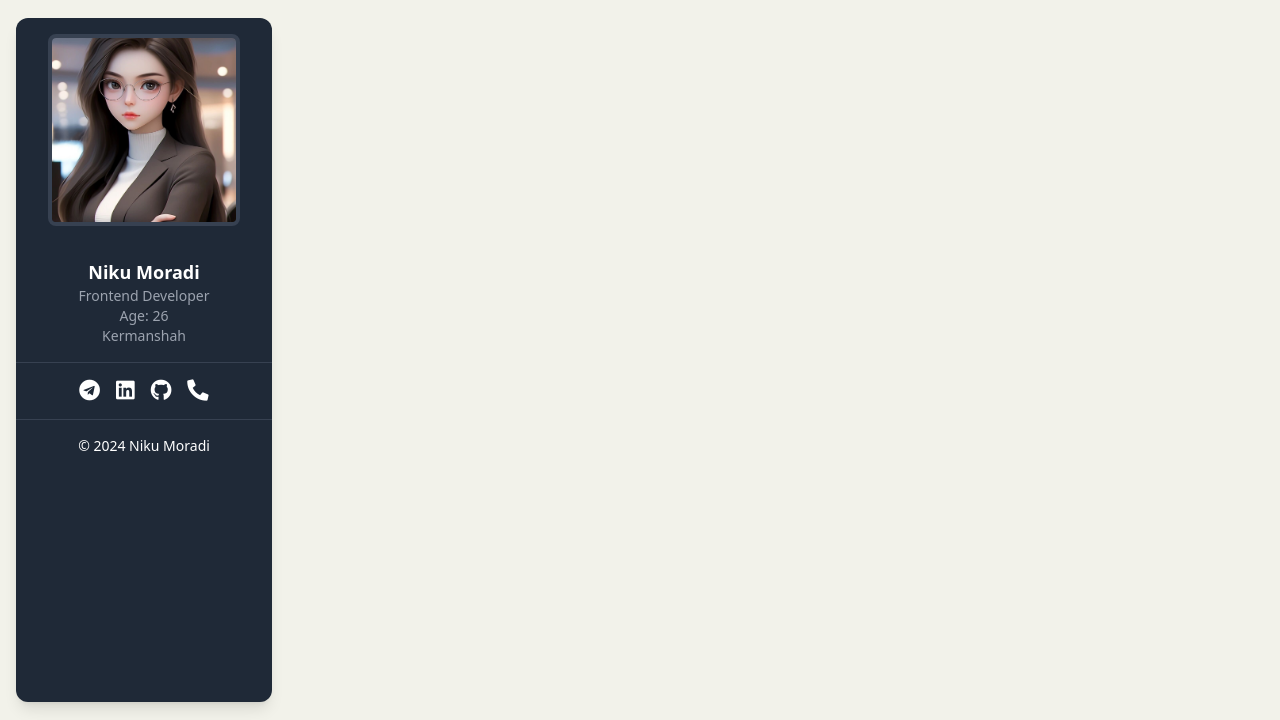
Repository: NikuMoradi/niku-moradi
Page: /About
The author's editor kept a copy of each file at every save. The page is drawn from the files as they stood at one save, then again after the next save.
The browser window is 1280 px wide. The pictures show the whole page.
The project was rebuilt for these pictures with package versions that can differ from the ones it lists, and the page was loaded fresh each time. The framework's server and built-in components were replaced by stand-ins that run in the browser. Also part of the build but not shown: nuxt.config.ts, components/Blog Posts/Component-Design.vue, components/Blog.vue, components/Contact.vue, components/Education.vue, components/Experience.vue, components/Hero.vue, components/Menu.vue and 6 more.

Above is the page before, as saved 2024-11-28 11:50:44.

After the next save:
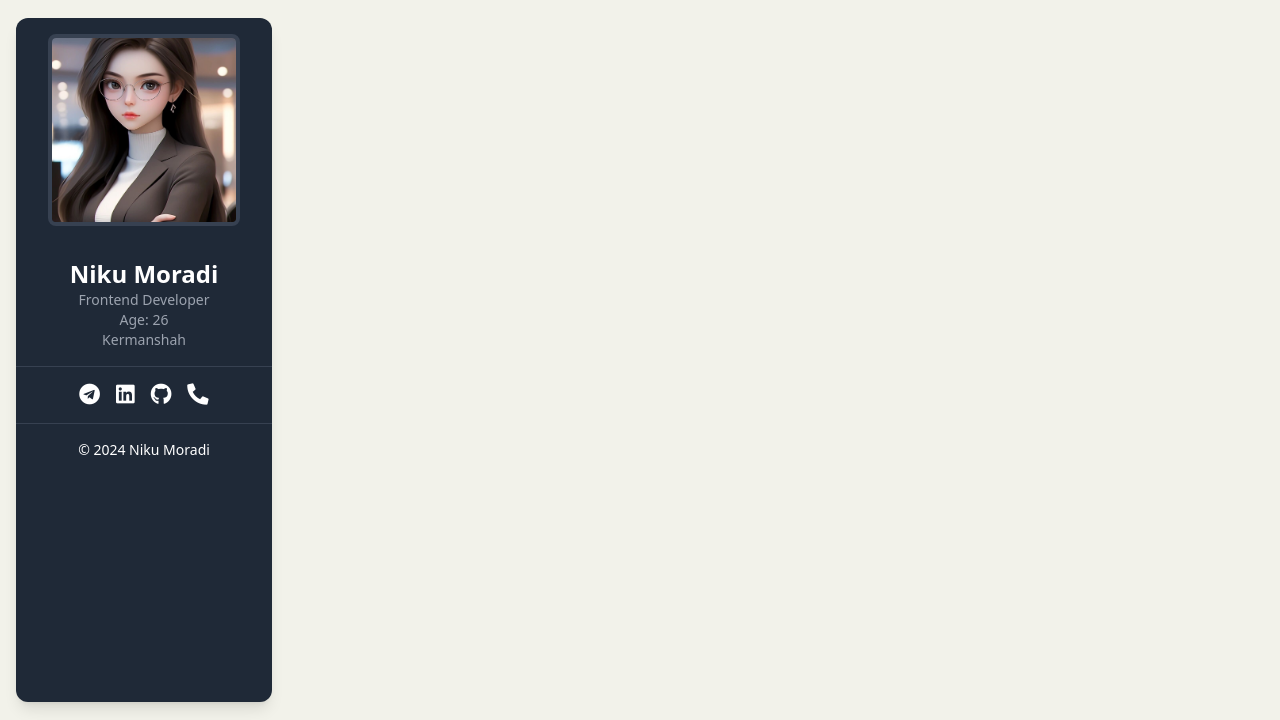
Saved 4 s later.
--- a/components/LeftPanel.vue
+++ b/components/LeftPanel.vue
@@ -15,7 +15,7 @@
 
         <!-- Biography -->
         <div class="p-4 text-center">
-          <h2 class="text-lg font-bold">Niku Moradi</h2>
+          <h2 class="text-2xl font-bold">Niku Moradi</h2>
           <p class="text-sm text-gray-400">Frontend Developer</p>
           <p class="text-sm text-gray-400">Age: 26</p>
           <p class="text-sm text-gray-400">Kermanshah</p>
